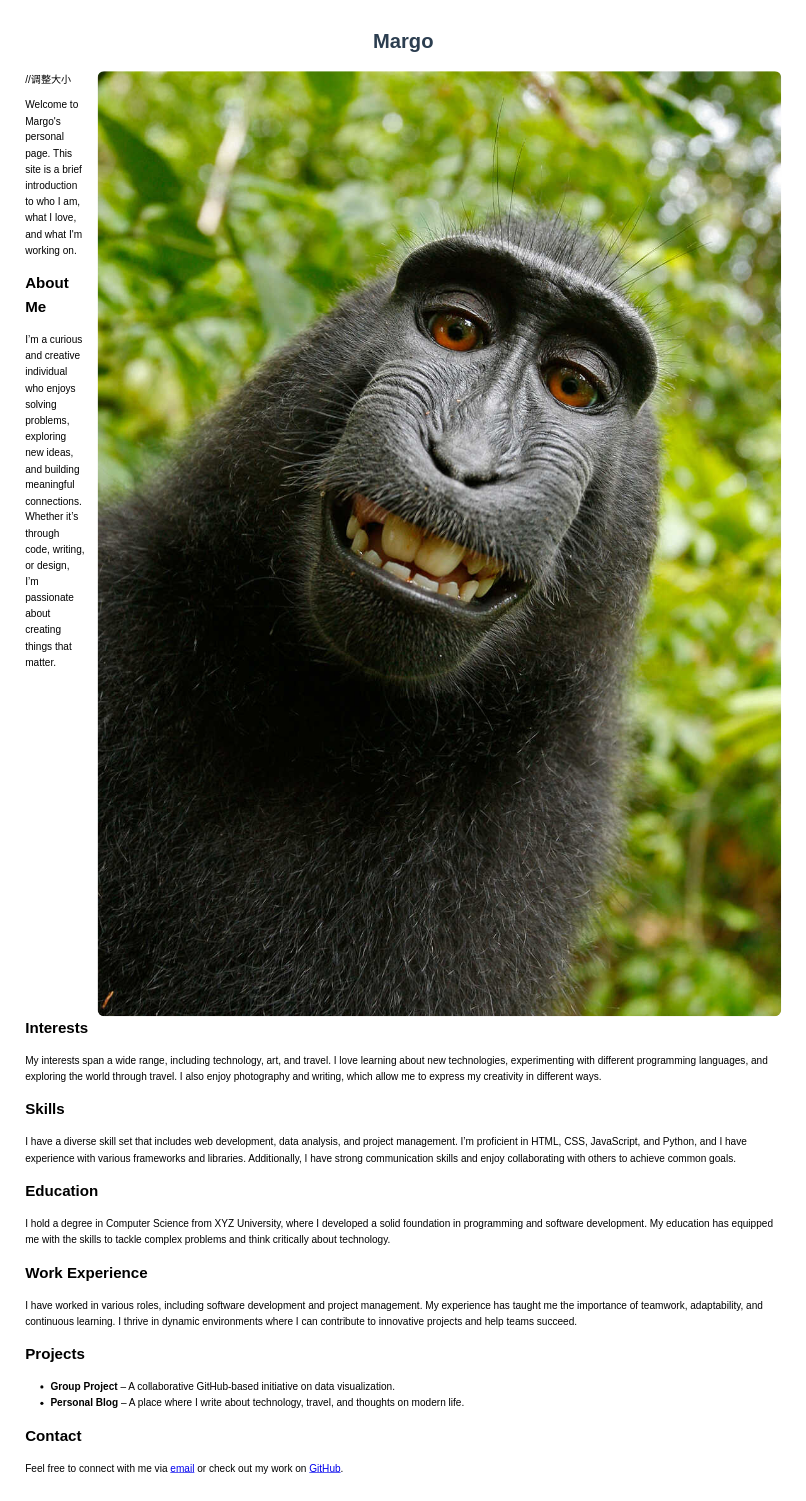
Repository: margo-m-chen/group_project
Page: my_file.html
The author's editor kept a copy of each file at every save. The page is drawn from the files as they stood at one save, then again after the next save.
The browser window is 1280 px wide. The pictures show the whole page, at 63% of full size.

Above is the page before, as saved 2025-07-18 14:00:26.

### my_file.html
<!DOCTYPE html>
<html lang="en">

<head>
    <meta charset="UTF-8">
    <title>Margo</title>
    <style>
        body {
            font-family: Arial, sans-serif;
            margin: 40px;
            line-height: 1.6;

        }

        h1 {
            color: #2c3e50;
        }
    </style>
</head>

<body>
    <h1 style="text-align: center;">Margo</h1>

    //调整大小

    <img src="photo.jpg" alt="Margo's Photo" style="float: right; margin-left: 20px; border-radius: 10px;">

    <p>
        Welcome to Margo's personal page. This site is a brief introduction to who I am, what I love, and what I'm
        working on.
    </p>
    <h2>About Me</h2>
    <p>
        I’m a curious and creative individual who enjoys solving problems, exploring new ideas, and building meaningful
        connections.
        Whether it’s through code, writing, or design, I’m passionate about creating things that matter.
    </p>
    <h2>Interests</h2>
    <p>
        My interests span a wide range, including technology, art, and travel. I love learning about new technologies,
        experimenting with different programming languages, and exploring the world through travel.
        I also enjoy photography and writing, which allow me to express my creativity in different ways.
    </p>
    <h2>Skills</h2>
    <p>
        I have a diverse skill set that includes web development, data analysis, and project management. I’m proficient
        in
        HTML, CSS, JavaScript, and Python, and I have experience with various frameworks and libraries.
        Additionally, I have strong communication skills and enjoy collaborating with others to achieve common goals.

    </p>

    <h2>Education</h2>

    <p>
        I hold a degree in Computer Science from XYZ University, where I developed a solid foundation in programming and
        software development.
        My education has equipped me with the skills to tackle complex problems and think critically about technology.
    </p>


    <h2>Work Experience</h2>
    <p>
        I have worked in various roles, including software development and project management. My experience has taught
        me the importance of teamwork, adaptability, and continuous learning.
        I thrive in dynamic environments where I can contribute to innovative projects and help teams succeed.
    </p>


    <h2>Projects</h2>
    <ul>
        <li><strong>Group Project</strong> – A collaborative GitHub-based initiative on data visualization.</li>
        <li><strong>Personal Blog</strong> – A place where I write about technology, travel, and thoughts on modern
            life.</li>
    </ul>
    <h2>Contact</h2>
    <p>
        Feel free to connect with me via <a href="mailto:margo.m.chen@hsbc.com.cn">email</a> or check out my work on <a
            href="https://github.com/margo-m-chen" target="_blank">GitHub</a>.
    </p>
</body>

</html>

After the next save:
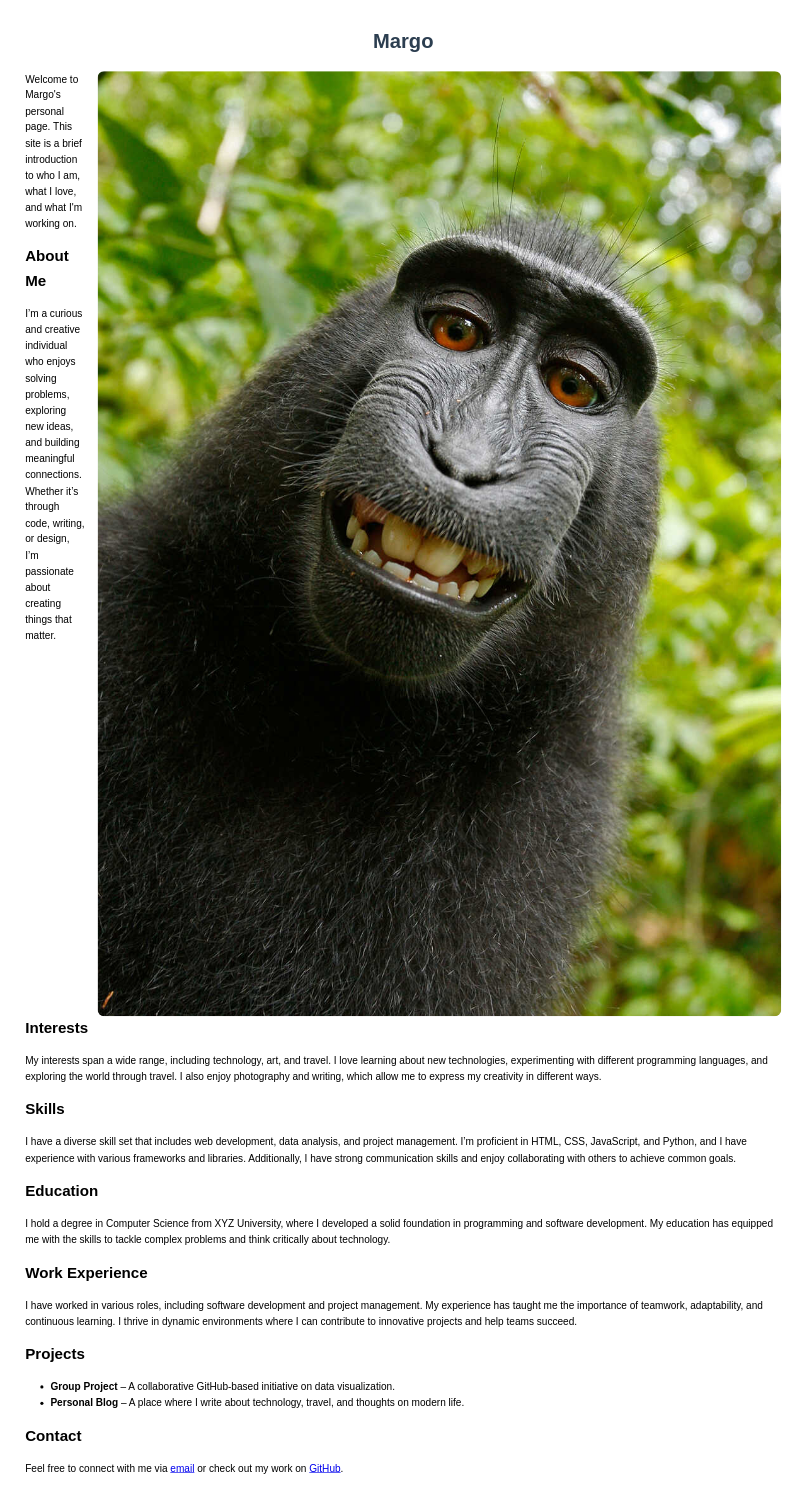
Saved 11 s later.
--- a/my_file.html
+++ b/my_file.html
@@ -21,7 +21,7 @@
 <body>
     <h1 style="text-align: center;">Margo</h1>
 
-    //调整大小
+
 
     <img src="photo.jpg" alt="Margo's Photo" style="float: right; margin-left: 20px; border-radius: 10px;">
 
